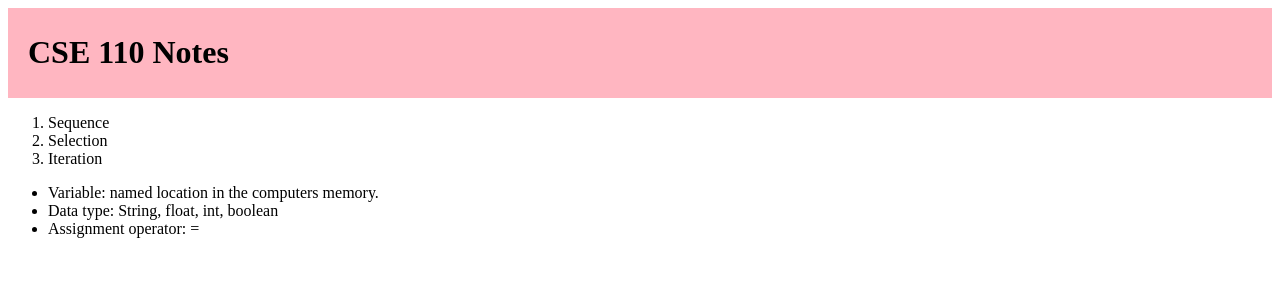
Repository: harleywolfley/wdd130
Page: spring25/cse110/cseindex.html
These files come from the project's save history. The page is drawn as it stood at one moment and after the next save; the edit follows.
The browser window is 1280 px wide. The pictures show the whole page.

Above is the page before, as saved 2025-04-29 16:39:56.

### spring25/cse110/cseindex.html
<!DOCTYPE html>
<html>
    <head>
        <link rel="stylesheet" href="csestyle.css">
    </head>
    <body>
        <header>
            <h1>CSE 110 Notes</h1>
        </header>
    <div>
        <ol>
            <li>Sequence</li>
            <li>Selection</li>
            <li>Iteration</li>
        </ol>
        <ul>
        <li>Variable: named location in the computers memory.</li>
        <li>Data type: String, float, int, boolean</li>
        <li>Assignment operator: =</li>
        </ul>
    </div>
    </body>
</html>

### spring25/cse110/csestyle.css
header {
    background-color: lightpink;
    padding: 5px 20px;
}

After the next save:
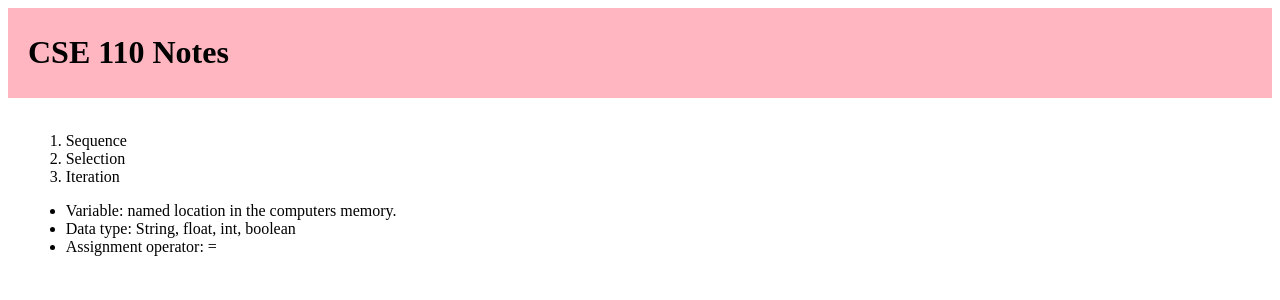
Saved 24 s later.
--- a/spring25/cse110/csestyle.css
+++ b/spring25/cse110/csestyle.css
@@ -2,3 +2,8 @@ header {
     background-color: lightpink;
     padding: 5px 20px;
 }
+
+div {
+    padding: 5px;
+    margin: 1%;
+}
